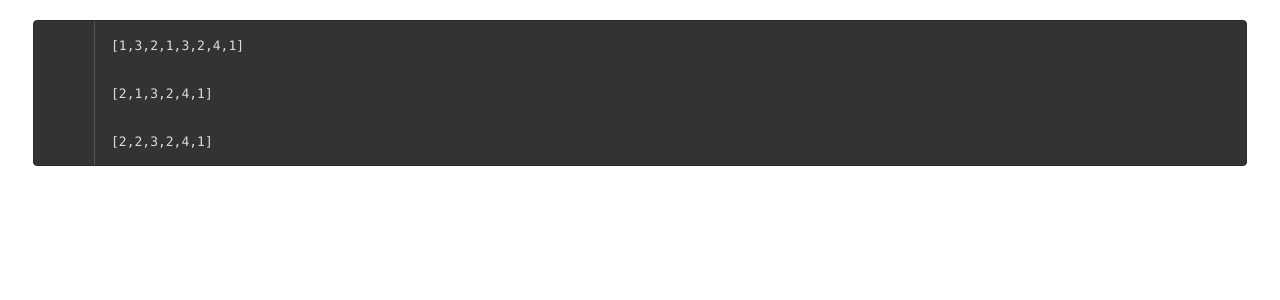
Repository: betaWeb/twicejs
Page: index.html
The author's editor kept a copy of each file at every save. The page is drawn from the files as they stood at one save, then again after the next save.
The browser window is 1280 px wide. The pictures show the whole page.

Above is the page before, as saved 2019-12-12 14:21:41.

After the next save:
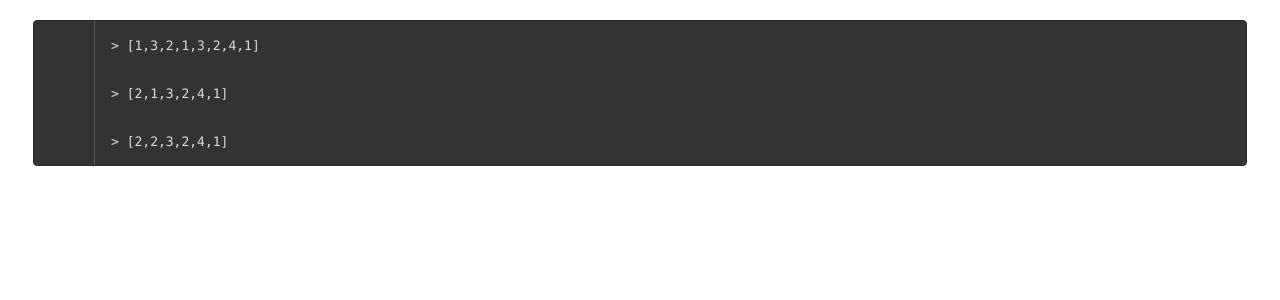
Saved 69 s later.
--- a/index.html
+++ b/index.html
@@ -61,7 +61,7 @@
             const $pre = document.querySelector('#app .code')
             const print = str => {
                 const $code = document.createElement('code')
-                $code.innerHTML = '[' + str + ']'
+                $code.innerHTML = '> [' + str + ']'
                 $pre.appendChild($code)
             }
             let set = new window.TwiceJS
